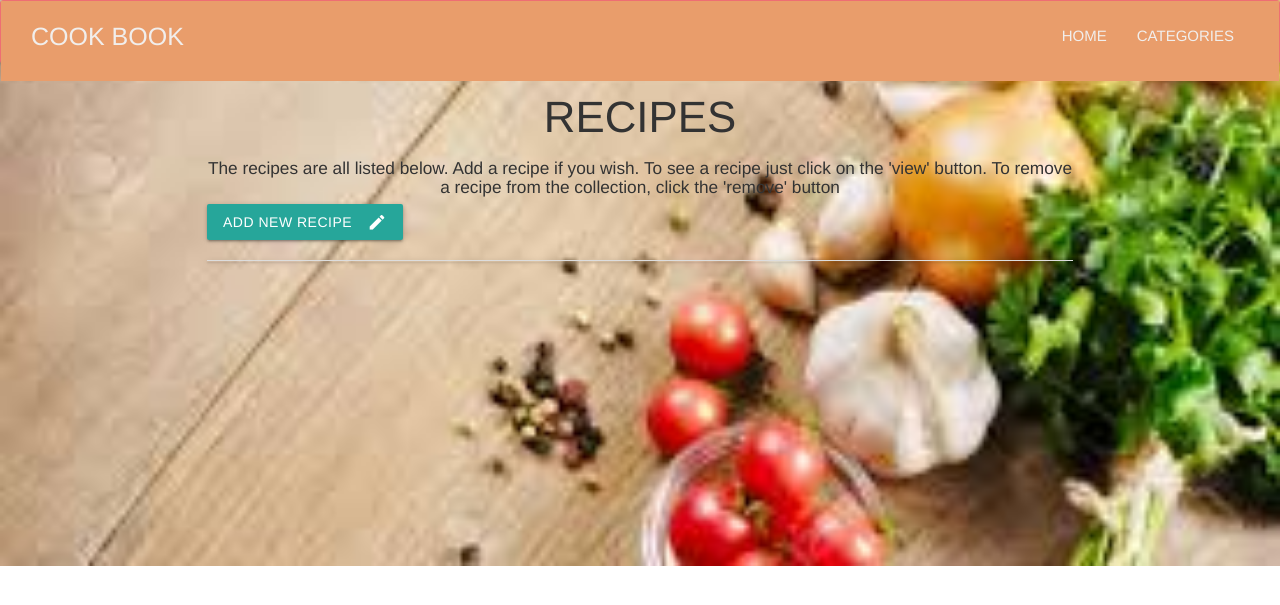
Repository: atena123/COOK-BOOK
Page: http://localhost/
The author's editor kept a record of every edit. The page is drawn from the files as they stood at one moment, then again after the next edit.
The browser window is 1280 px wide. The pictures show the whole page.
Some web libraries are served in a nearby version. The page is served by the project's application, run on Flask 3 (app.py). Queries for data that is not in the repository find no rows.

Above is the page before.

After the next edit:
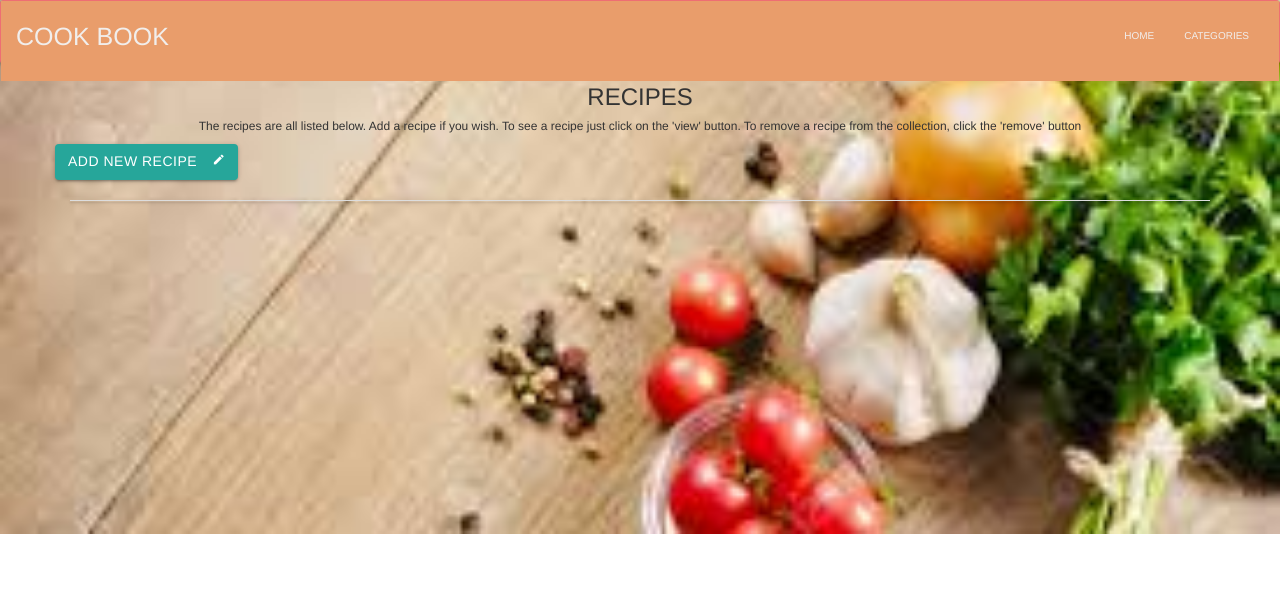
The edit:
--- a/templates/base.html
+++ b/templates/base.html
@@ -7,6 +7,7 @@
         <link rel="stylesheet" href="https://maxcdn.bootstrapcdn.com/bootstrap/3.3.7/css/bootstrap.min.css" type="text/css" />
         <link href="https://fonts.googleapis.com/icon?family=Material+Icons" rel="stylesheet">
         <link rel="stylesheet" href="https://cdnjs.cloudflare.com/ajax/libs/materialize/1.0.0/css/materialize.min.css">
+         <link rel="stylesheet" href="https://maxcdn.bootstrapcdn.com/bootstrap/3.3.7/css/bootstrap.min.css" type="text/css" />
         <link rel="stylesheet" href="{{url_for('static', filename='css/style.css')}}" type="text/css" />
         <link rel="stylesheet" href="{{url_for('static', filename='images/online_book.jpg')}}" type="text/css" />
         <title>COOK BOOK</title>

After the edit that followed:
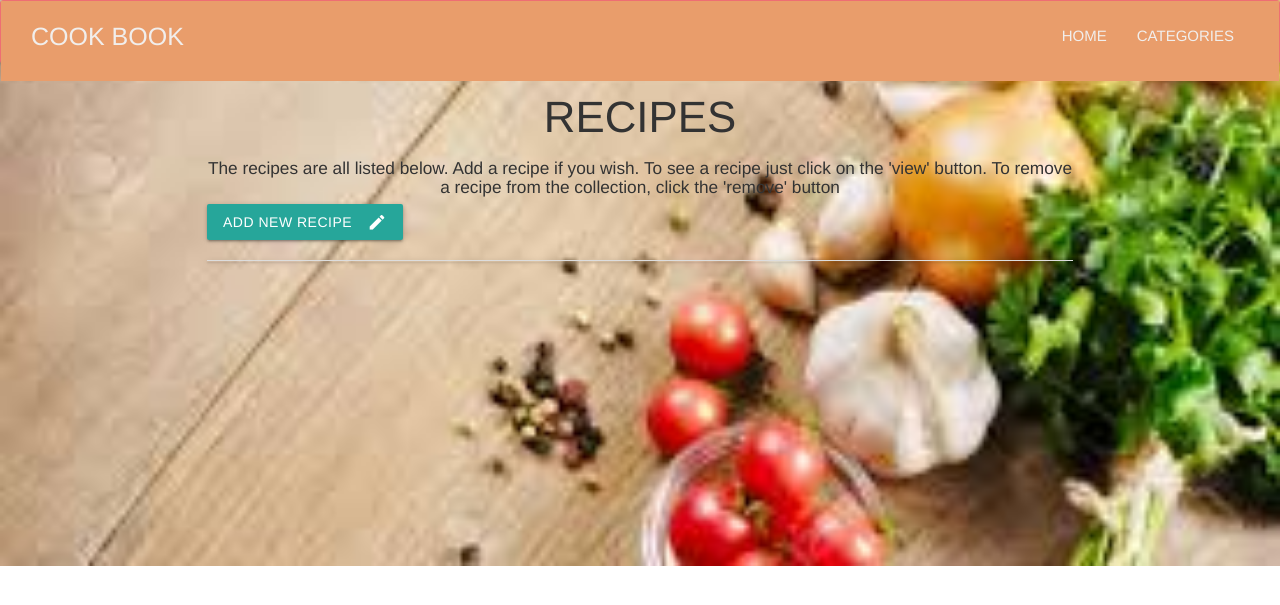
The edit:
--- a/templates/base.html
+++ b/templates/base.html
@@ -7,7 +7,6 @@
         <link rel="stylesheet" href="https://maxcdn.bootstrapcdn.com/bootstrap/3.3.7/css/bootstrap.min.css" type="text/css" />
         <link href="https://fonts.googleapis.com/icon?family=Material+Icons" rel="stylesheet">
         <link rel="stylesheet" href="https://cdnjs.cloudflare.com/ajax/libs/materialize/1.0.0/css/materialize.min.css">
-         <link rel="stylesheet" href="https://maxcdn.bootstrapcdn.com/bootstrap/3.3.7/css/bootstrap.min.css" type="text/css" />
         <link rel="stylesheet" href="{{url_for('static', filename='css/style.css')}}" type="text/css" />
         <link rel="stylesheet" href="{{url_for('static', filename='images/online_book.jpg')}}" type="text/css" />
         <title>COOK BOOK</title>
